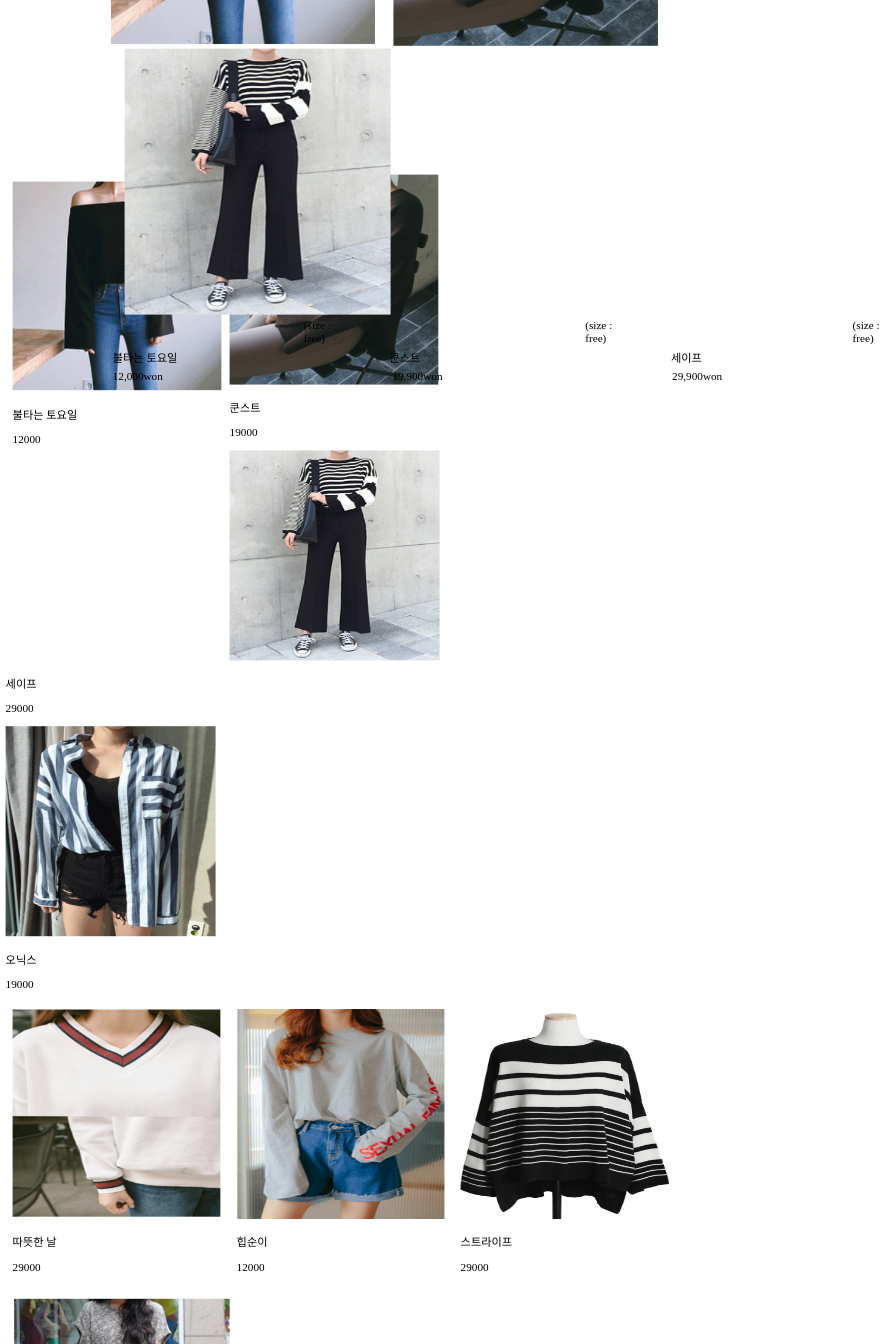
Repository: won0108/Port-Folio
Page: Creating_Homepage/Shopping/WebContent/top.html
These files come from the project's save history. The page is drawn as it stood at one moment and after the next save; the edit follows.
The browser window is 1280 px wide. The pictures show the part of the page from y = 1108 to 3028 px (the page is 3336 px tall before and 1658 px after), at 70% of full size.

Above is the page before, as saved 2020-12-03 07:38:16.

After the next save:
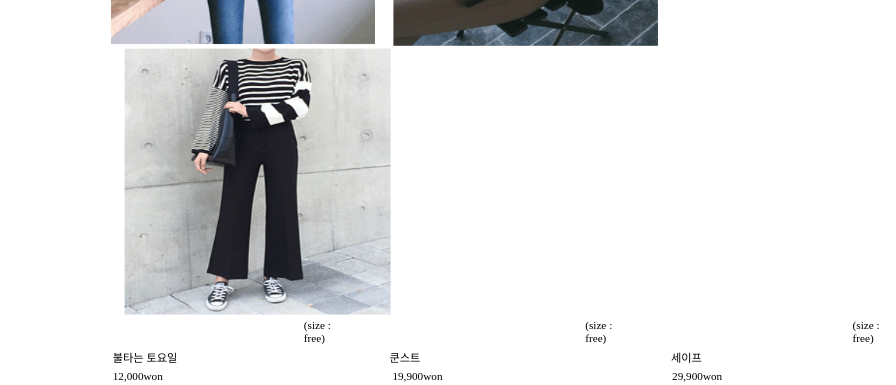
Saved 4 min 7 s later.
--- a/Creating_Homepage/Shopping/WebContent/top.html
+++ b/Creating_Homepage/Shopping/WebContent/top.html
@@ -58,82 +58,52 @@
 </style>
 </head>
 <body>
-<h1> NewTurn </h1>
-<div id="infor">
-	<a href="">CART</a>
-	<a href="">주문/배송</a>
-	<a href="마이페이지.html">마이페이지</a>
-</div>
-<div id="categ">
+	<h1> NewTurn </h1>
+	<div id="infor">
+		<a href="">CART</a>
+		<a href="">주문/배송</a>
+		<a href="마이페이지.html">마이페이지</a>
+	</div>
+	<div id="categ">
 		<ul>
 			<li><a href="top.html">BLOUSE</a></li>
 			<li><a href="skirt.html">SKIRT</a></li>
 			<li><a href="pants.html">PANTS</a></li>
 		</ul>
-</div>
-<img style="position:relative; top : 200px; left:450px;" src="images/티파니.PNG"><br>
-<div id="main">
-		<img src="images/티셔츠1.PNG" width="380" height="380">
-		<img src="images/티셔츠2.PNG" width="380" height="380" style="padding-left:20px;">
-		<img src="images/티셔츠3.PNG" width="380" height="380" style="padding-left:20px;">
+	</div>
+	<img style="position:relative; top: 200px; left:450px;" src="images/티파니.PNG"><br>
+	<div id="main">
+			<img src="images/티셔츠1.PNG" width="380" height="380">
+			<img src="images/티셔츠2.PNG" width="380" height="380" style="padding-left:20px;">
+			<img src="images/티셔츠3.PNG" width="380" height="380" style="padding-left:20px;">
+			<table>
+				<tr>
+					<td><div style="background-color:black;"></div></td>
+					<td style="padding-left:270px;">(size : free)</td>
+					<td><div style="background-color:#002266; margin-left:90px;"></div></td>
+					<td><div style="background-color:#980000;"></div></td>
+					<td style="padding-left:250px;">(size : free)</td>
+					<td><div style="background-color:#998A00;margin-left:70px;"></div></td>
+					<td><div style="background-color:#5F00FF;"></div></td>
+					<td style="padding-left:250px;">(size : free)</td>
+			    </tr>
+			</table>
+			<table>
+			<tr>
+				<td>불타는 토요일</td>
+				<td style="padding-left: 300px;">쿤스트</td>
+				<td style="padding-left: 355px;">세이프</td>
+			</tr>
+		</table>
 		<table>
 			<tr>
-				<td><div style="background-color:black;"></div></td>
-				<td style="padding-left:270px;">(size : free)</td>
-				<td><div style="background-color:#002266; margin-left:90px;"></div></td>
-				<td><div style="background-color:#980000;"></div></td>
-				<td style="padding-left:250px;">(size : free)</td>
-				<td><div style="background-color:#998A00;margin-left:70px;"></div></td>
-				<td><div style="background-color:#5F00FF;"></div></td>
-				<td style="padding-left:250px;">(size : free)</td>
+		    	<td>12,000won</td>
+		    	<td style="padding-left: 325px;">19,900won</td>
+		    	<td style="padding-left: 325px;">29,900won</td>
 		    </tr>
 		</table>
-		<table>
-		<tr>
-			<td>불타는 토요일</td>
-			<td style="padding-left: 300px;">쿤스트</td>
-			<td style="padding-left: 355px;">세이프</td>
-		</tr>
-	</table>
-	<table>
-		<tr>
-	    	<td>12,000won</td>
-	    	<td style="padding-left: 325px;">19,900won</td>
-	    	<td style="padding-left: 325px;">29,900won</td>
-	    </tr>
-	</table>
-	</div>
-<div style="margin:10px;float:left;">
-   <img src="images/티셔츠1.PNG" width="300" height="300">
-   <p>불타는 토요일</p>
-   <p>12000</p></div>
-   <img src="images/티셔츠2.PNG" width="300" height="300">
-   <p>쿤스트</p>
-   <p>19000</p>
-   <img src="images/티셔츠3.PNG" width="300" height="300">
-   <p>세이프</p>
-   <p>29000</p>
-   <img src="images/티셔츠4.PNG" width="300" height="300">
-   <p>오닉스</p>
-   <p>19000</p>
-<div style="margin:10px; float:left;">
-<img src="티셔츠5.png" width="300" height="300">
-<p>따뜻한 날</p>
-<p>29000</p>
-</div>
-<div style="margin:10px; float:left;">
-<img src="티셔츠6.png" width="300" height="300">
-<p>힙순이</p><p>12000</p></div>
-<div style="margin:10px; float:left;">
-<img src="티셔츠7.png" width="300" height="300">
-<p>스트라이프</p>
-<p>29000</p>
-</div>
-<div style="margin:10px; float:left;">
-<img src="티셔츠8.png">
-<p>옆트임</p>
-<p>19000</p>
-</div>
+		</div>
+
 <div style="background-color:#5D5D5D;
 width:85px; height:120px; right:20px; bottom:190px;
 color:white; display:block; position:fixed; padding:10px;">
